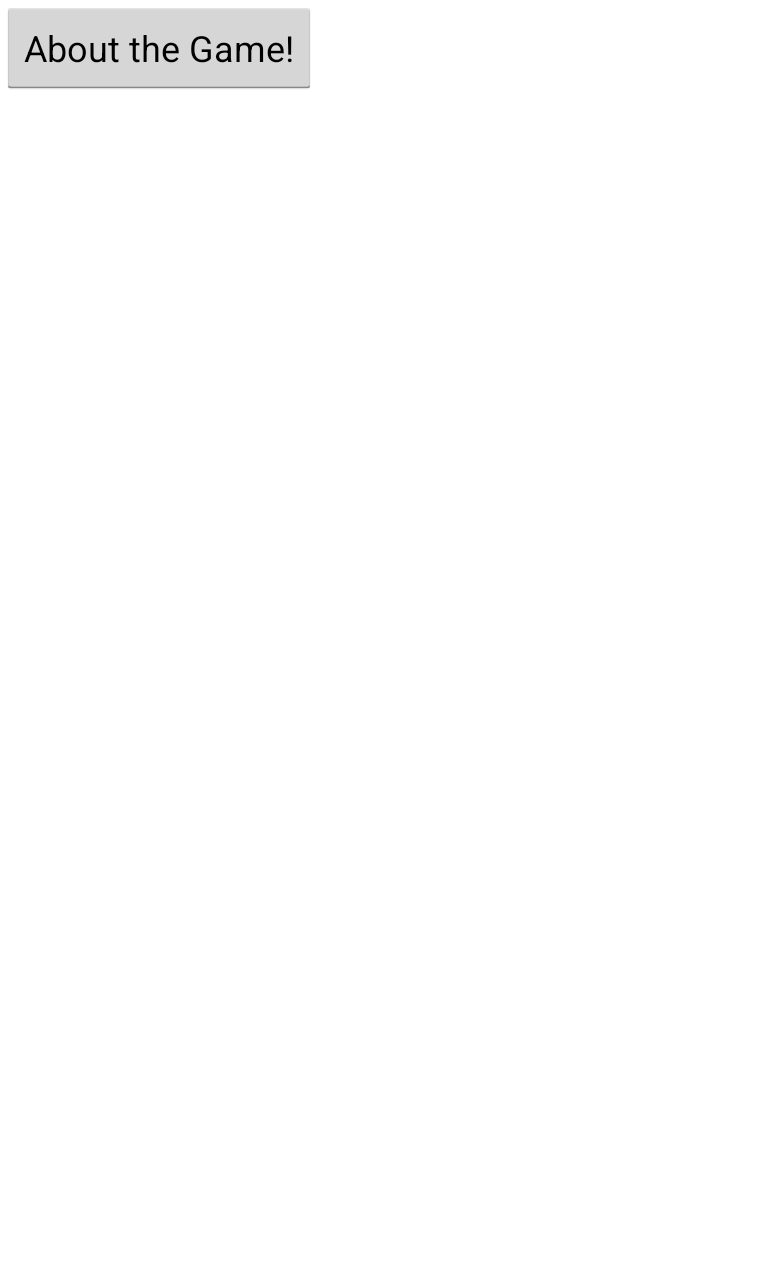
Repository: colincove/IAT381-Android
Layout: UrbanWarLeaderboards/res/layout/level_select.xml
These files come from the project's save history. The layout is drawn as it stood at one moment and after the next save; the edit follows.
It is drawn on a 768 x 1280 px phone screen (xhdpi) without system bars, with theme AppTheme; the app's code is not run.

Above is the layout before, as saved 2013-09-06 16:43:20.

After the next save:
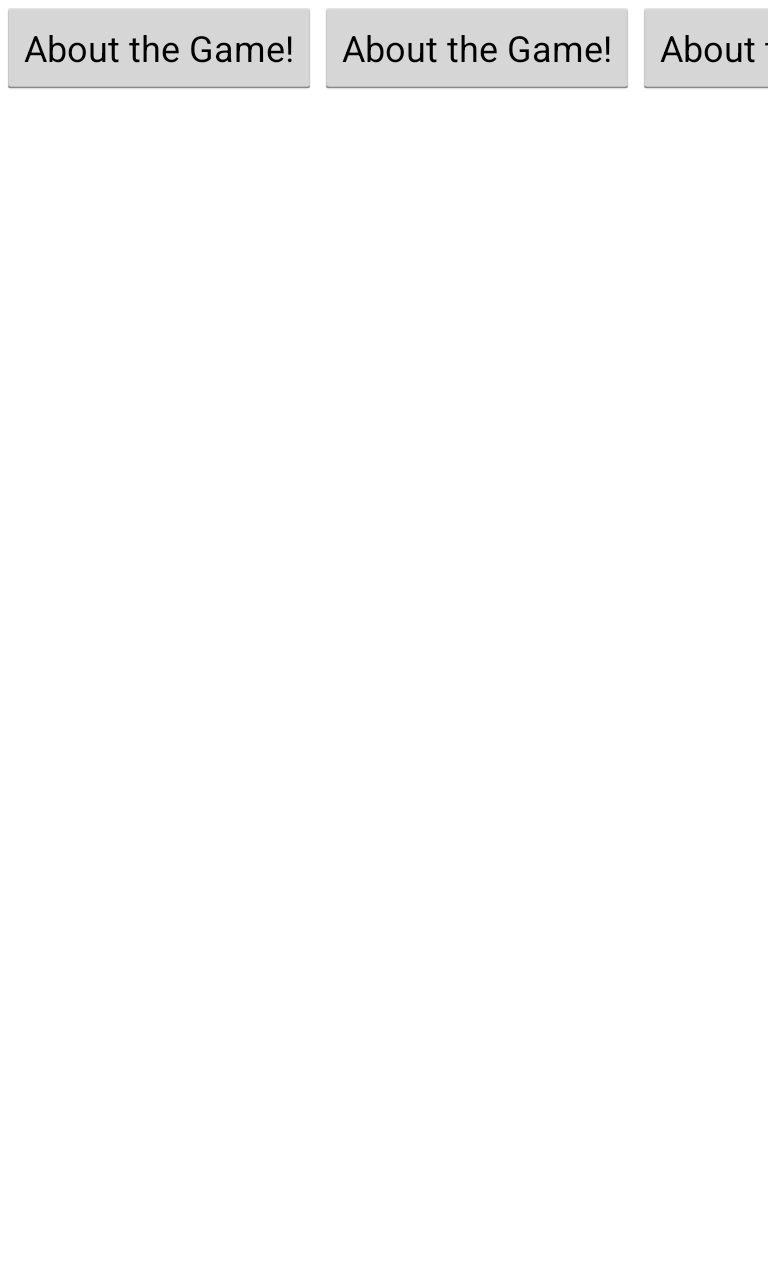
Saved 12 s later.
--- a/UrbanWarLeaderboards/res/layout/level_select.xml
+++ b/UrbanWarLeaderboards/res/layout/level_select.xml
@@ -9,5 +9,23 @@
 
 
 		    />
+	<Button
+		    android:text="@string/about_game"
+
+
+
+		    />
+	<Button
+		    android:text="@string/about_game"
+
+
+
+		    />
+	<Button
+		    android:text="@string/about_game"
+
+
+
+		    />
 
 </GridLayout>
